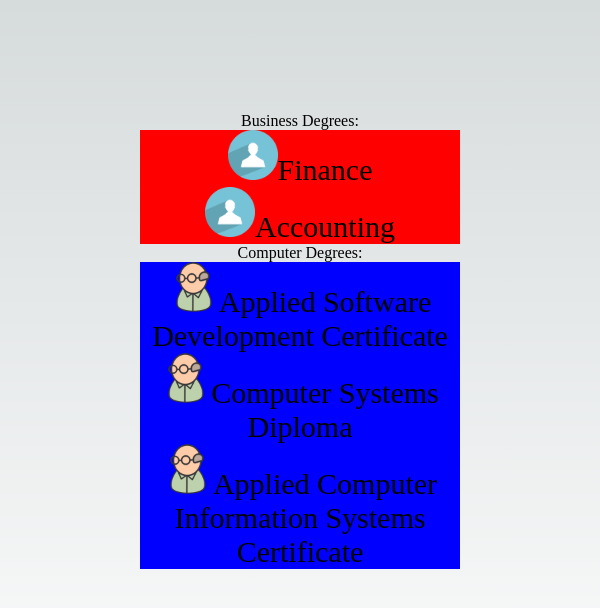
Repository: NeemaToto/mdia2109week3
Page: /
The author's editor kept a copy of each file at every save. The page is drawn from the files as they stood at one save, then again after the next save.
The browser window is 600 px wide. The pictures show the whole page.
The project was rebuilt for these pictures with package versions that can differ from the ones it lists, and the page was loaded fresh each time. The framework's server and built-in components were replaced by stand-ins that run in the browser. Also part of the build but not shown: next.config.js.

Above is the page before, as saved 2023-01-19 12:13:22.

After the next save:
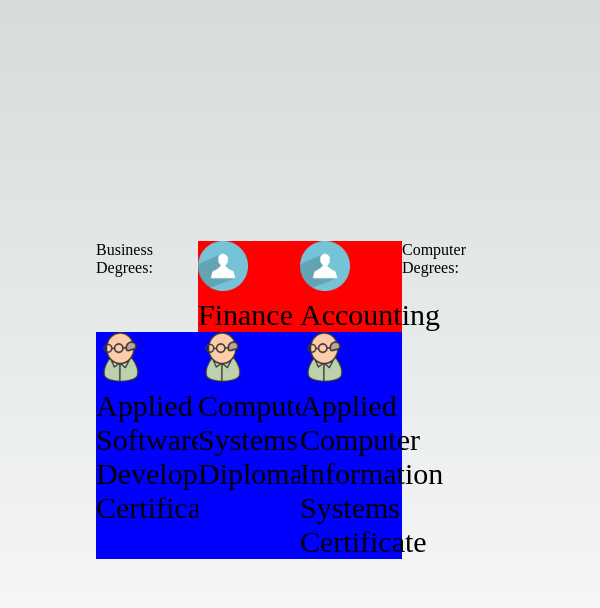
Saved 45 s later.
--- a/styles/Home.module.css
+++ b/styles/Home.module.css
@@ -180,10 +180,7 @@
   }
 
   .grid {
-    grid-template-columns: 1fr;
-    margin-bottom: 120px;
-    max-width: 320px;
-    text-align: center;
+
   }
 
   .card {
